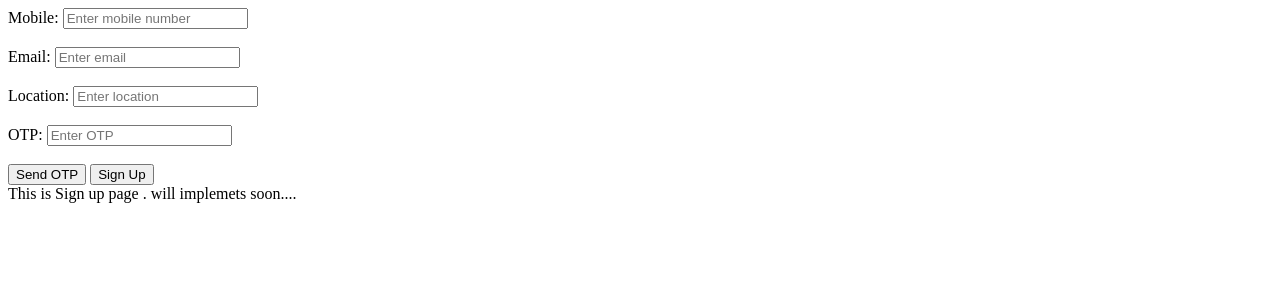
Repository: munnaksah/spring-framework-core
Page: http://localhost/RapidoLogin/showPage
An editor plug-in stored every save of this project. The page is shown before and after the next save, followed by the edit.
The browser window is 1280 px wide. The pictures show the whole page.
The page is served by Tomcat 9.

Above is the page before, as saved 2026-04-02 12:30:50.

After the next save:
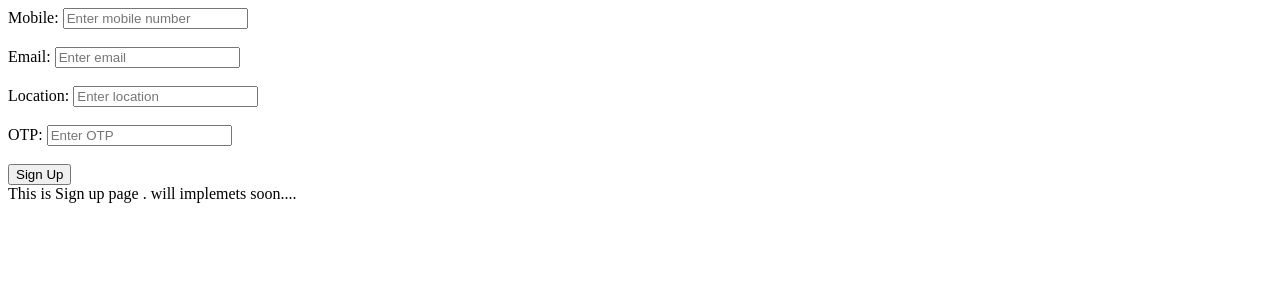
Saved 49 s later.
--- a/RapidoLogin/src/main/webapp/WEB-INF/views/sign-up.jsp
+++ b/RapidoLogin/src/main/webapp/WEB-INF/views/sign-up.jsp
@@ -31,8 +31,7 @@
 		<br>
 		<br>
 
-		<!-- Buttons -->
-		<button type="button">Send OTP</button>
+
 		<input type="submit" value="Sign Up">
 
 	</form>
